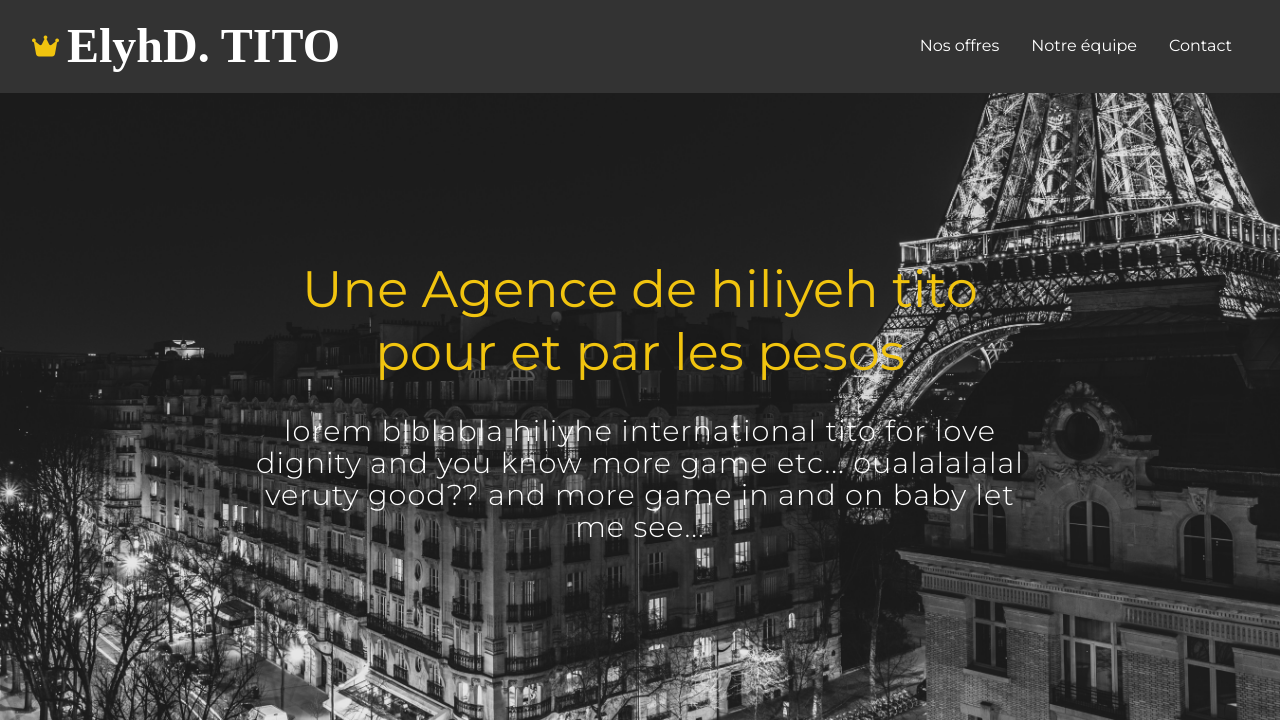
Repository: Hiliyeh/immo
Page: index.html
These files come from the project's save history. The page is drawn as it stood at one moment and after the next save; the edit follows.
The browser window is 1280 px wide. The pictures show the whole page.
Some web fonts or font styles are not loaded; a fallback is used. Some web libraries are served in a nearby version.

Above is the page before, as saved 2020-05-05 13:35:24.

After the next save:
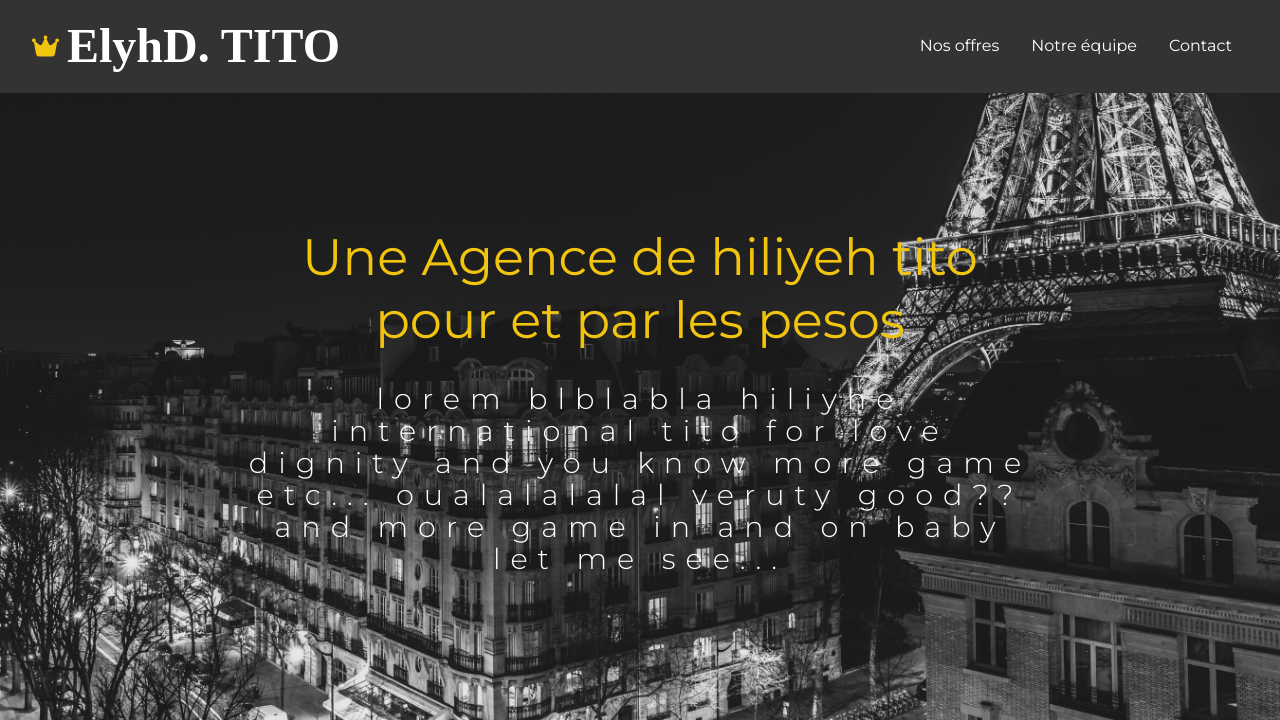
Saved 12 s later.
--- a/css/style.CSS
+++ b/css/style.CSS
@@ -109,6 +109,6 @@
 .vp-content p {
   font-size: 1.8rem;
   font-weight: 300;
-  letter-spacing: 1px;
+  letter-spacing: 10px;
   line-height: 2rem;
 }
